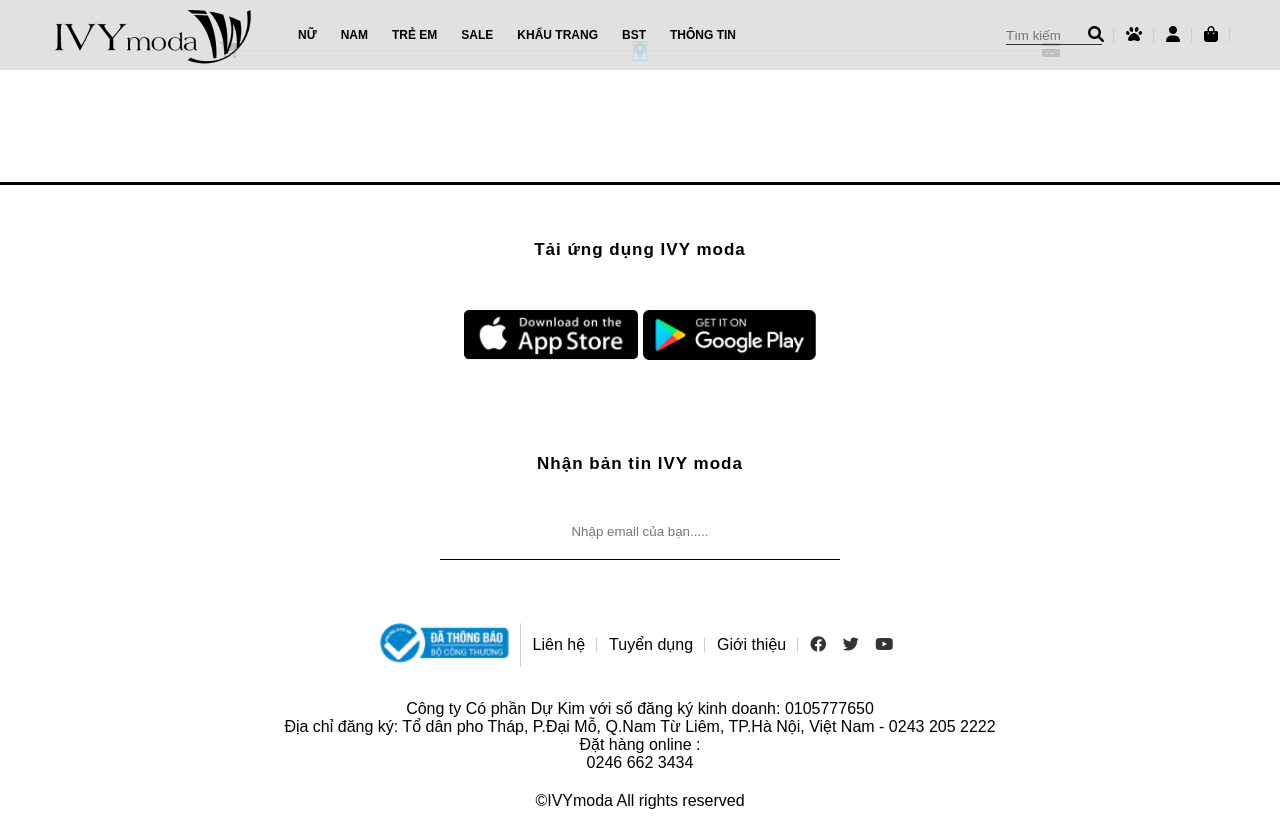
Repository: dinhvanbinh2310/ivy-moda
Page: payment.html
The author's editor kept a copy of each file at every save. The page is drawn from the files as they stood at one save, then again after the next save.
The browser window is 1280 px wide. The pictures show the whole page.

Above is the page before, as saved 2022-05-08 22:44:05.

### payment.html
<!DOCTYPE html>
<html lang="en">
<head>
    <meta charset="UTF-8">
    <meta http-equiv="X-UA-Compatible" content="IE=edge">
    <meta name="viewport" content="width=device-width, initial-scale=1.0">
    <link rel="stylesheet" href="./fontawesome-free-6.1.1-web/css/all.css">
    <link rel="stylesheet" href="./css/style.css">
    <title>IVY moda</title>
</head>
<body>
<header>
    <div class="logo">
        <img src="./Images/logo.png" alt="logo" class="logo">
    </div>
    <div class="menu">
        <li><a href="">NỮ</a>
            <ul class="sub-menu">
                <li> <a href="">Hàng mới về</a>
                </li>
                <li> <a href="">Collection</a>
                </li>
                <li> <a href=""> Áo</a>
                    <ul>
                        <li> <a href="">Áo sơ mi</a>
                        </li>
                        <li> <a href="">Áo thun</a>
                        </li>
                        <li> <a href="">Áo khoác</a>
                        </li>
                        <li> <a href="">Áo len</a>
                        </li>
                    </ul>
                </li>
                <li> <a href="">Quần</a>
                    <ul>
                        <li> <a href="">Quần jean</a>
                        </li>
                        <li> <a href="">Quần lửng</a>
                        </li>
                        <li> <a href="">Quần dài</a>
                        </li>
                    </ul>
                </li>
            </ul>
        </li>
        <li><a href="">NAM</a>
        </li>
        <li><a href="">TRẺ EM</a>
        </li>
        <li><a href="">SALE</a>
        </li>
        <li><a href="">KHẨU TRANG</a>
        </li>
        <li><a href="">BST</a>
        </li>
        <li><a href="">THÔNG TIN</a>
        </li>
    </div>
    <div class="others">
        <li>
            <input placeholder="Tìm kiếm" type="text"> <i class="fa-solid fa-magnifying-glass"></i>
        </li>
        <li>
            <a class="fa-solid fa-paw" href=""></a>
        </li>
        <li>
            <a class="fa-solid fa-user" href=""></a>
        </li>
        <li>
            <a class="fa-solid fa-bag-shopping" href=""></a>
        </li>
    </div>
</header>
<!-----------------------------Payment----------------------------->
<section class="payment">
  <div class="container">
    <div class="delivery-top-wrap">
        <div class="delivery-top">
          <div class="delivery-top-delivery payment-top-item">
            <i class="fa-solid fa-cart-shopping "></i>
          </div>
          <div class="delivery-top-adress payment-top-item">
            <i class="fa-solid fa-location-dot"></i>
          </div>
          <div class="delivery-top-payment payment-top-item">
            <i class="fa-solid fa-credit-card "></i>
          </div>
        </div>
</div>
</div>
<div class="container">
  <div class="payment-content row">
    <div class="payment-content-left"></div>
  </div>
</div>
</section>


<div class="dot-horizontal">
</div>
<!------------------------------Footer---------------------------------->
<section class="app-container">
  <p>Tải ứng dụng IVY moda</p>
  <div class="app-google">
      <img src="./Images/appstore.png" alt="">
      <img src="./Images/googleplay.png" alt="">
  </div>
  <p>Nhận bản tin IVY moda</p>
  <input type="text" placeholder="Nhập email của bạn.....">
</section>

<div class="footer-top">
  <li>
      <a href=""> <img src="./Images/img-congthuong.png" alt="">
      </a>
  </li>
  <li>Liên hệ</li>
  <li>Tuyển dụng</li>
  <li>Giới thiệu</li>
  <li>
      <a href="" class="fa-brands fa-facebook"></a>
      <a href="" class="fa-brands fa-twitter"></a>
      <a href="" class="fa-brands fa-youtube"></a>
  </li>
</div>
<div class="footer-center">

  <p>
      Công ty Có phần Dự Kim với số đăng ký kinh doanh: 0105777650
      <br> Địa chỉ đăng ký: Tổ dân pho Tháp, P.Đại Mỗ, Q.Nam Từ Liêm, TP.Hà Nội, Việt Nam - 0243 205 2222
      <br> Đặt hàng online :
      <br>0246 662 3434
      <br>
  </p>
</div>
<div class="footer-bottom">
  ©IVYmoda All rights reserved
</div>
</body>
  </html>

### css/style.css
*{
  margin: 0;
  padding: 0;
  box-sizing: border-box;
  font-family: Arial, Helvetica, sans-serif;
}
li{
  list-style: none;
}
a{
  text-decoration: none;
  color: #000;
}
header{
  display: flex;
  justify-content: space-between;
  height: 70px;
  padding: 12px 50px;
  align-items: center;
  position: fixed;
  top: 0;
  left: 0;
  z-index: 1;
  background:#DDDDDDDD;
  width: 100%;
}

.logo{
  flex: 1;
  padding-top: 10px;
 size: 5px;
}
.menu{
  flex: 3;
  display: flex;
}
.menu > li{
  padding: 0 12px;
  position: relative;
}
.menu  li a{
  font-size: 12px;
  font-weight: bold;
  display: block;
  line-height: 20px;
}
.menu > li:hover .sub-menu{
  visibility: visible;
  top: 45px;
}
.sub-menu{
  position: absolute;
  width: 150px;
  border: 1px solid #ccc;
  padding: 10px 0 10px 20px;
  visibility: hidden;
  top: 75px;
  transition: 0.3s;
  z-index: 1;
  background-color: #fff;
}
.sub-menu ul{
  padding-left: 20px;
}
.sub-menu li a{
  font-size: 12px;
  font-weight: normal;
}

.others{
  flex: 1;
  display: flex;
}
.others > li{
  padding: 0 12px;
  position: relative;
}
.others>li::after{
  content: "";
  display: block;
  width: 1px;
  height: 75%;
  background: #cccccc;
  position: absolute;
  right: 0;
  top: 50%;
  transform: translateY(-50%);
}
.others > li:first-child{
  position: relative;

}
.others > li:first-child input{
  width: 100%;
  height: 100%;
  background: #0000;
  border: none;
  border-bottom:1px solid #333 ;
}
.others > li:first-child i{
position: absolute;
right: 10px;
}
.sliders{
  overflow: hidden;
}
.aspect-ratio-169 {
  display: block;
  position: relative;
  padding-top: 56.25%;
  transition: 0.3s;
}
.aspect-ratio-169 img {
  display: block;
  position: absolute;
  width: 100%;
  height: 100%;
  top: 0;
  left: 0;
}
.dot-container{
  position:absolute;
  height: 30px;
  width: 100%;
  display: flex;
  justify-content: center;
  padding-top: 10px;
}
.dot-horizontal{
  border-bottom: 3px solid black;
  padding-top: 30px;
 width: 100%;
 height: 100%;
 size: 100%;
}
.dot{
  height: 16px;
  width: 16px;
  background-color: #ccc;
  border-radius: 50%;
  margin-right: 12px;
  cursor: pointer;
}
.dot.active{
  background-color: #333;
}
/* -------------------------------app---------------------------- */
.app-container{
  text-align: center;
  align-items: center;
  padding: 15px 0 50px 0;
}
.app-google{
  margin:50px;
}
.app-google img{
  height: 50px;
  cursor: pointer;
}
.app-container p{
line-height: 20px;
letter-spacing: 1px;
font-size: 17px;
color:#000;
font-weight: bold;
padding-top: 40px;
}
.app-container input{
  margin-top: 50px;
  border: none;
  border-bottom: 1px solid #000;
  padding-bottom: 20px;
  width: 400px;
  text-align: center;
  outline: none;
}
.footer{
  text-align: center;
}
.footer-top{
  display: flex;
  text-align: center;
  justify-content: center;
  align-items: center;
  margin-bottom: 20px;
  height: 70px;
}
.footer-top img{
  height: 50px;
}
.footer-top li{
  padding: 0 12px;
  position: relative;
}
.footer-top li::after{
  content:"";
  display: block;
  width: 1px;
  height: 80%;
  background-color: #cccccc;
  position: absolute;
  right: 0;
  top: 50%;
  transform: translateY(-50%);
}
.footer-top li:last-child::after{
  display: none;
}
.footer-top li:last-child a{
margin-right: 12px;
color:#333;
}
.footer-center{
  text-align: center;
}
.footer-bottom{
  margin: 20px 0;
  text-align: center;
}
/* Cartegory */
.cartegory{
  padding: 100px 0 0;
}
.container{
  max-width: 1200px;
  margin: auto;
}
.row{
  display: flex;
  flex-wrap: wrap;
}
.cartegory-top{
  margin-bottom: 50px;
}
.cartegory-top p{
  font-family: Arial, Helvetica, sans-serif;
margin: 0 12px;
font-size: 12px;
}
.cartegory-left{
  width: 20%;
}
.cartegory-right{
  width: 80%;
}
.cartegory-right-top-item:first-child{
  flex: 2;
font-size: 16px;
font-family: Arial, Helvetica, sans-serif;
font-weight: bold;
}
.cartegory-right-top-item{
  flex: 1;
  padding: 0 12px;
}
.cartegory-right-top-item button{
  width: 100%;
  padding: 10px 15px;
  display: flex;
  justify-content: space-between;
  background-color: #ffff;
  border: 1px solid #dddd;
  cursor: pointer;
}
.cartegory-right-top-item select{
  width: 100%;
  padding: 10px 15px;
  display: flex;
  justify-content: space-between;
  background-color: #ffff;
  border: 1px solid #dddd;
  cursor: pointer;
}
.cartegory-right-content{
  margin-top: 20px;
  justify-content: space-between;
}
.cartegory-right-content-item{
  width: calc(25% - 12px);
  text-align: center;
  padding: 12px 0;
}
.cartegory-right-content-item h1{
  font-size: 11px;
font-family: Arial, Helvetica, sans-serif;
  margin-top: 6px;
  color: #333333;
}
.cartegory-right-content-item img{
  width: 100%;
}
.cartegory-right-content-item p{
  font-size: 12px;
}
.cartegory-right-bottom{
  justify-content: space-between;
  margin: 30px 0 20px;
  width: 100%;
}
.cartegory-right-bottom p{
  font-family: Arial, Helvetica, sans-serif;
font-size: 11px;
}
.cartegory-left ul li{
  padding: 12px 0;
}
.cartegory-left ul li >a{
  color: black;
  font-size: 16px;
  font-weight: bold;
  font-family: Arial, Helvetica, sans-serif;
}
.cartegory-left ul li ul li{
  padding-left: 10px;
}
.cartegory-left-li ul{
  display: none;
}
.cartegory-left-li.block ul{
  display: block;
}
.cartegory-left ul li ul li a{
  color: #333333;
}
/* -----------------Product------------------ */
.product{
  padding: 100px 0;

}
.product-top{
  margin-bottom: 30px;
}
.product-top p{
  font-family: Arial, Helvetica, sans-serif;
  margin: 0 12px;
  font-size: 12px;
}
.product-content-left{
  width: 50%;
}

.product-content-left-big-img{
  width: 80%;
  padding-right: 20px;
}
.product-content-left-big-img img{
  width: 100%;
}
.product-content-left-small-img{
  width: 20%;
}
.product-content-left-small-img img{
  width: 100%;
  cursor: pointer;
}
.product-content-right{
  width: 50%;
  padding-left: 20px;
}
.product-content-right-product-name{
  font-family: Arial, Helvetica, sans-serif;
font-size: 16px;
}
.product-content-right-product-name p{
  color: #cccc;
  font-size: 12px;
}
.product-content-right-product-price{
  margin: 12px 0;
  font-size: 20px;
  font-weight: bold;
  font-family: Arial, Helvetica, sans-serif;
}
.product-content-right-product-color img{
  width: 30px;
  height: 30px;
  border-radius: 50%;
}
.product-content-right-product-color-img{
  height: 40px;
  width: 40px;
  border: 1px soild #333;
  display: flex;
  align-items: center;
  justify-content: center;
  margin: 12px 0;
}
.size span{
  display: inline-block;
  padding: 3px 6px;
  border: 1px solid #dddddd;
  margin: 12px 10px 12px 0;
  font-size: 17px;
  cursor: pointer;
}
.quantity{
  display: flex;
  margin-bottom: 20px;
}
.quantity input{
  width: 35px;
  padding-left: 3px;
}
.product-content-right-product-button button{
  width: 150px;
  height: 40px;
  display: block;
  margin: 20px 0 12px;
  transition: all 0.3s ease;
}
.product-content-right-product-button button:first-child{
  display: flex;
  justify-content: space-evenly;
  align-items: center;
  background-color: #ffff;
  border: 2px solid black;
  cursor: pointer;
}
.product-content-right-product-button button:first-child:hover{
  background-color: black;
  color: #ffff;
}
.product-content-right-product-button button:last-child{
  color: #BF8A49;
  border: 2px solid #BF8A49;
  background-color: #ffff;
  cursor: pointer;
}
.product-content-right-product-icon {
display: flex;
}
.product-content-right-product-icon p{
  list-style: none;
  color: #000;
  font-weight: 200;
  font-size: 14px;
  font-family: Arial, Helvetica, sans-serif;
  margin-right: 6px;
}
.product-content-right-product-icon-item{
  display: flex;
  margin-right: 12px;
  justify-content: center;
  align-items: center;
}
.product-content-right-product-icon-item i{
  font-size: 12px;
  margin-right: 6px;
  display: flex;
}
.product-content-right-product-icon-item p {
margin-left: 6px;
}
.product-content-right-product-qr img{
  margin: 20px 0;
  width:60px;
  height:60px;
}
.product-content-right-bottom{
  padding-top: 40px;
  border-top: 1px solid #dddd;
  position: relative;

}
.product-content-right-bottom-top{
position: absolute;
width: 30px;
height: 30px;
border: 2px solid #dddd;
display: flex;
justify-content: center;
align-items: center;
background-color: #ffff;
left: 50%;
top: -15px;
border-radius: 50%;
transform: translateX(-50%);
cursor: pointer;
}
.product-content-right-bottom-content-title{
  border-bottom: 2px solid #dddd;
}
.product-content-right-bottom-content-title-item{
  padding: 6px;
  cursor: pointer;
  margin-right: 6px;
}
.product-content-right-bottom-content-title-item p{
  font-family: Arial, Helvetica, sans-serif;
  font-size: 14px;
}
.product-content-right-bottom-content{
  padding-top: 30px;
  color: #3e3e3f;
  font-size: 14px;
 }
 .product-content-right-bottom-content-detail{
   display: none;
 }
 .product-content-right-bottom-content-detail th{
   padding-right: 50px;
   text-align: left;
 }
 .product-content-right-bottom-content-preserve{
  display: none;
 }
.activeB{
  display: none;
}
/*---------------------product related----------------- */
.product-related{
  margin-bottom: 50px;
}
.product-related-title{
  margin: 20px 0;
}
.product-related-title p{
  font-family: Arial, Helvetica, sans-serif;
  font-size: 14px;
  font-weight: bold;
  color: #333;
}
.product-related-item{
  width: 20%;
  text-align: center;
  padding: 0 6px;
}
.product-related-item img{
  width: 100%;
}
.product-related-item h1{
  font-family: Arial, Helvetica, sans-serif;
  font-size: 12px;
  color: #333;
  margin-top: 6px;
}
.product-related-item p{
  font-size: 12px;
  text-decoration: line-through;
}
/*-----------------------------cart-----------------------------*/
.cart{
  padding: 100px 0;
}
.cart-top-wrap{
  display: flex;
  justify-content: center;
  align-items: center;
}
.cart-top{
  display: flex;
  height: 2px;
  width: 70%;
  background-color: #ddd;
  justify-content: space-between;
  align-items: center;
  margin: 50px 0 100px;
}
.cart-top-item{
  width: 40px;
  height: 40px;
  border-radius: 50%;
  border: 1px solid #dddd;
  display: flex;
  align-items: center;
  justify-content: center;
  background-color: #fff;
}
.cart-top-item i{
  color: #dddd;
}
.cart-top-cart {
  border: 1px solid #0DB7EA;
}
.cart-top-cart i{
  color: #0DB7EA;
}
.cart-content-left{
  flex: 2;
  padding-right: 12px;
}
.cart-content-left table{
  width: 100%;
  text-align: center;
}
.cart-content-left table th{
  padding-bottom: 30px;
  font-family: Arial, Helvetica, sans-serif;
  font-style: 12px;
  text-transform: uppercase;
  color: #333;
  border-collapse: collapse;
  border-bottom: 2px solid #dddd;
}
.cart-content-left table p{
  padding-bottom: 30px;
  font-family: Arial, Helvetica, sans-serif;
  color: #333;
}
.cart-content-left table input{
  width: 30px;
  margin-bottom: 30px;
}
.cart-content-left table span{
  display: block;
  margin-bottom: 30px;
  width: 20px;
  height: 20px;
  border: 1px solid #ddd;
  cursor: pointer;
}
.cart-content-left table td{
  padding: 20px 0;
  border-bottom: 2px solid #ddd;
}
.cart-content-left table td img{
  padding-bottom: 30px;
  font-family: Arial, Helvetica, sans-serif;
}
.cart-content-left td:first-child img{
  width: 130px;
}
.cart-content-left td:nth-child(2){
  max-width: 130px;
}
.cart-content-left td:nth-child(3) img{
  width: 30px;
}
.cart-content-right{
  flex: 1;
  padding-left: 12px;
  border-left: 2px solid #dddd;
}
.cart-content-right table{
  width: 100%;
}
.cart-content-right table th{
  padding-bottom: 35px;
  font-family: Arial, Helvetica, sans-serif;
  font-size: 12px;
  color: #333;
  border-collapse: collapse;
  border-bottom: 2px solid #dddd;
}
.cart-content-right table td{
  font-family: Arial, Helvetica, sans-serif;
  font-size: 12px;
  color: #333;
  padding: 6px 0;
}
.cart-content-right tr:nth(4) td{
  border-bottom: 2px solid #dddd;

}
.cart-content-right tr td:last-child{
  text-align: right;
}
.cart-content-right-text{
  margin: 20px 0;
  text-align: center;
}
.cart-content-right-text p{
  font-family: Arial, Helvetica, sans-serif;
  font-size: 12px;
  color: #333;
  padding-top: 20px;
}
.cart-content-right-button{
  text-align: center;
  align-items: center;
}
.cart-content-right-button button{
  padding: 0 18px;
  margin-top: 20px;
  height: 35px;
  cursor: pointer;;
}
.cart-content-right-button button:first-child{
  background-color: #fff;
  border: 1px solid black;
  margin-right: 20px;
}
.cart-content-right-button button:first-child:hover{
  background-color: #ddd;
}
.cart-content-right-button button:last-child{
  background-color: black;
  color: #fff;
  border: none;
  border: 1px solid black;
}
.cart-content-right-button button:last-child:hover{
  background-color: #dddd;
  color: black;
}
.cart-content-right-login{
  margin-top: 20px;
}
.cart-content-right-login p{
  font-family: Arial, Helvetica, sans-serif;
  font-size: 12px;
  color: #333;
  padding-top: 30px;
}
/*-----------------------------Delivery-----------------------------*/
.delivery{
  padding: 100px 0;
}
.delivery-top-wrap{
  display: flex;
  justify-content: center;
  align-items: center;
}
.delivery-top{
  height: 2px;
  width: 70%;
  background-color: #dddd;
  display: flex;
  justify-content: space-between;
  align-items: center;
  margin: 50px 0 100px;
}
.delivery-top-item{
  width: 40px;
  height: 40px;
  border-radius: 50%;
  border: 1px solid #dddd;
  display: flex;
  align-items: center;
  justify-content: center;
  background-color: #fff;
}
.delivery-top-item i{
  color: #dddd;
}
.delivery-top-adress {
  border:1px solid #0DB7EA;
}
.delivery-top-adress i{
  color: #0DB7EA;
}
.delivery-content-left{
  width: 60%;
  padding-right: 12px;
}
.delivery-content-left p{
  font-family: Arial, Helvetica, sans-serif;
  font-size: 12px;
}
.delivery-content-left label{
  font-family: Arial, Helvetica, sans-serif;
  font-size: 12px;
  margin-bottom: 6px;
  display: block;
}
.delivery-content-left > p{
  font-weight: bold;
}
.delivery-content-left-signin{
  margin-top: 12px;
}
.delivery-content-left-signin i{
  font-size: 12px;
  margin-right: 12px;
}
.delivery-content-left-strange-customers{
  margin: 12px 0;
}
.delivery-content-left-strange-customers input{
  margin-right: 12px;
}
.delivery-content-left-signup{
  margin-bottom: 30px;
}
.delivery-content-left-signup  input{
  margin-right: 12px;
}
.delivery-content-left-input-top{
justify-content: space-between;
 margin-bottom: 18px;
}
.elivery-content-left-input-top-item{
  width: calc(50% - 12px);
}
.delivery-content-left-input-top-item input{
  width: 100%;
  height: 35px;
  border: 1px solid #ddd;
  padding-left: 6px;
}
.delivery-content-left-input-input-bottom input{
  width: 100%;
  height: 35px;
  border: 1px solid #ddd;
  padding-left: 6px;
}
.delivery-content-left-button p {
display: inline-block;
font-family: Arial, Helvetica, sans-serif;
font-size: 12px;
}
.delivery-content-left-button span{
  margin-right: 12px;
}
.delivery-content-left-button{
  justify-content: space-between;
  padding-top: 20px;
}
.delivery-content-left-button button{
  height: 35px;
  border: 1px solid black;
  padding: 6px 12px;
  cursor: pointer;
  transition: all 0.2s ease ;
}
.delivery-content-left-button button:hover{
    background-color: black;
    color: #fff;
}
.delivery-content-right{
  width: 40%;
  padding-left: 12px;
  border-left: 2px solid #dddd;
  height: auto;
}
.delivery-content-right table{
  width: 100%;
  font-family: Arial, Helvetica, sans-serif;
font-size: 12px;
text-align: center;
}
.delivery-content-right table tr th:first-child{
  text-align: left;
}
.delivery-content-right table tr th{
  padding-bottom: 12px;
  border-bottom: 2px solid #dddd;
}
.delivery-content-right table tr th:last-child{
  text-align: right;
}
.delivery-content-right table tr td{
  padding: 6px 0;
}
.delivery-content-right table tr:nth-child(4){
  border-top: 2px solid #dddd;
}
.delivery-content-right table tr td:first-child{
  text-align: left;
}
.delivery-content-right table tr td:last-child{
  text-align: right;
}

Loaded but not shown: fontawesome-free-6.1.1-web/css/all.css (library)

After the next save:
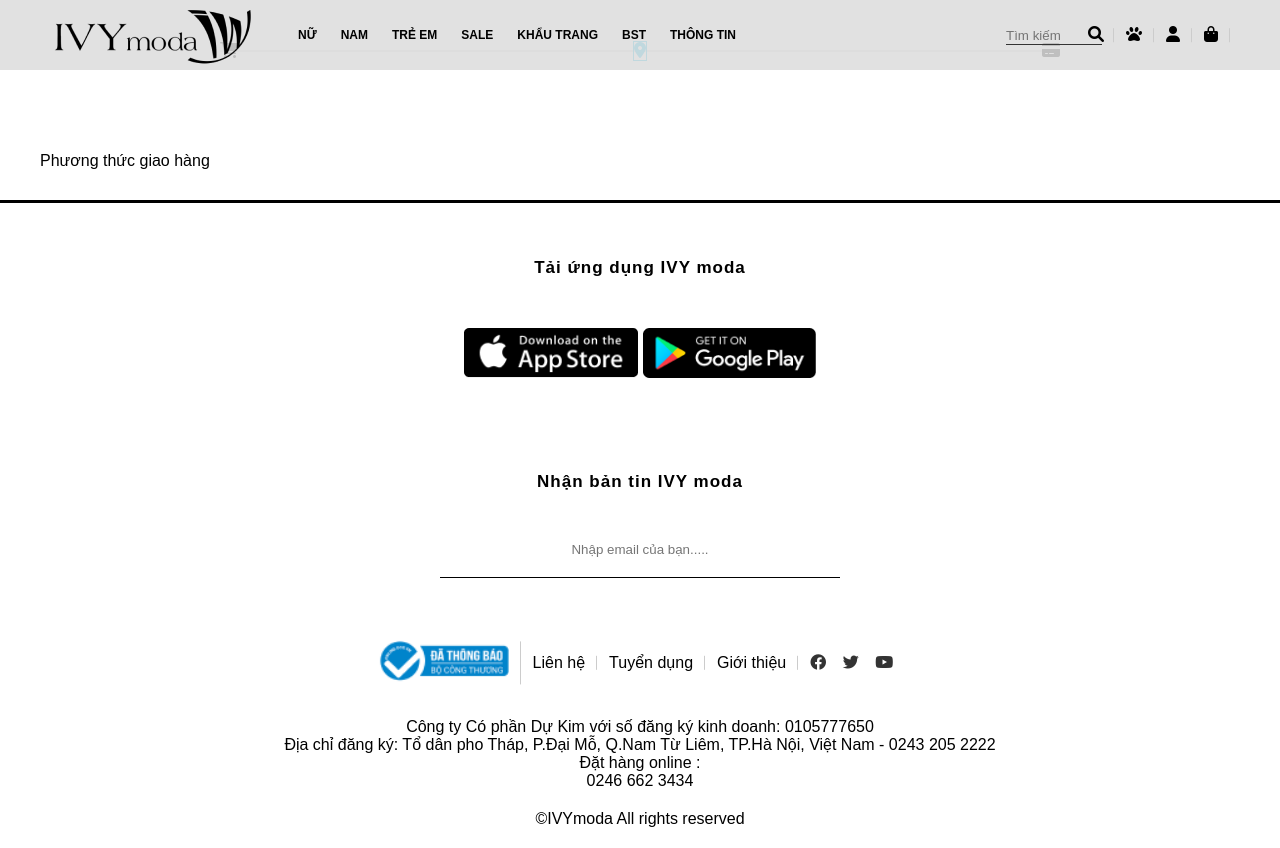
Saved 80 s later.
--- a/payment.html
+++ b/payment.html
@@ -91,7 +91,14 @@
 </div>
 <div class="container">
   <div class="payment-content row">
-    <div class="payment-content-left"></div>
+    <div class="payment-content-left">
+        <div class="payment-content-left-method-delivery">
+          <p>Phương thức giao hàng</p>
+        </div>
+    </div>
+    <div class="payment-content-right">
+
+    </div>
   </div>
 </div>
 </section>
